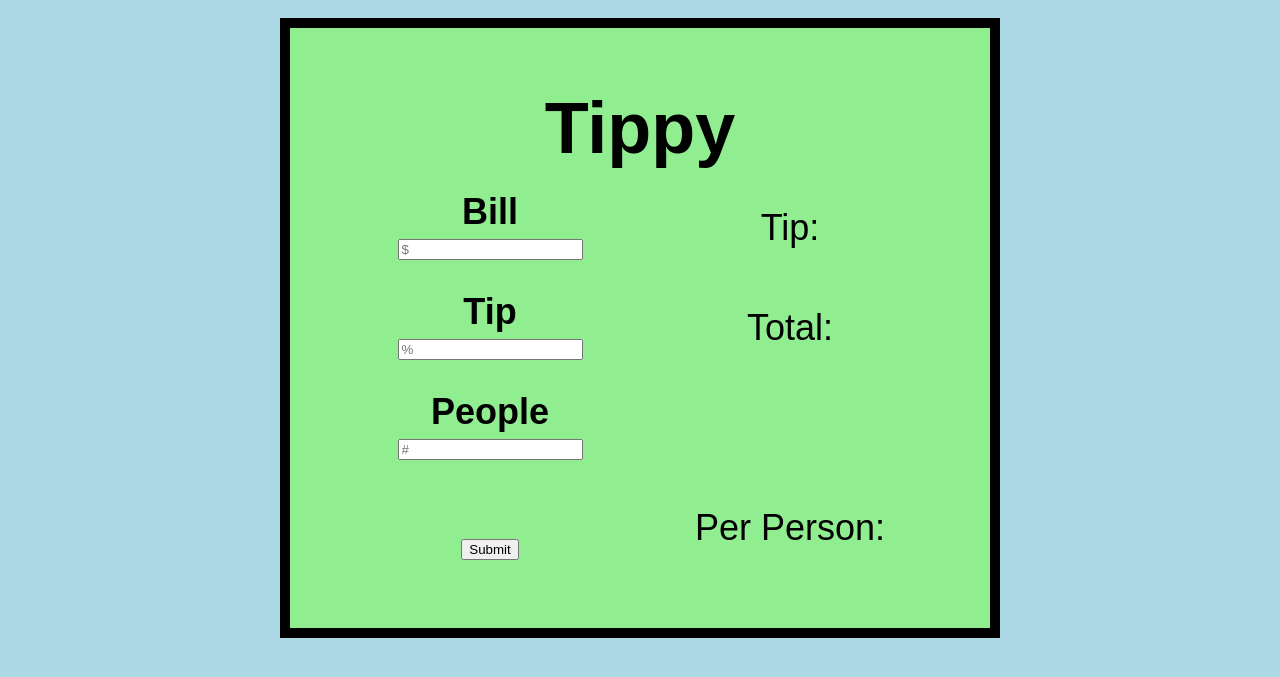
Repository: SamirIngley/Tip-Calculator
Page: tip_display.html
The author's editor kept a copy of each file at every save. The page is drawn from the files as they stood at one save, then again after the next save.
The browser window is 1280 px wide. The pictures show the whole page.

Above is the page before, as saved 2020-02-13 11:11:10.

### tip_display.html
<!DOCTYPE html>
<html lang="en">
<head>
    <meta charset="UTF-8">
    <meta name="viewport" content="width=device-width, initial-scale=1.0">
    <meta http-equiv="X-UA-Compatible" content="ie=edge">
    <link href="style.css" rel="stylesheet">
    <title>Tip Calculator</title>
</head>
<body>

    <form id='form' class='form'>
        <div class='title'>
            <h1>Tippy</h1>
        </div>
        <div class='bill'>
            <label>Bill</label><br>
            <input id='bill' type="number" name="bill" placeholder="$">
        </div>
        <div class='tip'>
            <label>Tip</label><br>
            <input id='tip' type="number" name="tip" placeholder="%">
        </div>
        <div class='numppl'>
            <label>People</label><br>
            <input id='numppl' type="number" name="numppl" placeholder="#">
        </div>
        <div class='submit'><br>
            <input type="submit" name="submit" value="Submit">
        </div>


        <div id='total-display' class="total-disp">
            Total:
        </div>

        <div id='tip-display' class="tip-disp">
            Tip:
        </div>

        <div id='total-pp-display' class="pp-disp">
            Per Person:
        </div>

    </form>

</body>



    <script>

        const inputBill = document.getElementById('bill')
        const inputTip = document.getElementById('tip')
        const inputNumppl = document.getElementById('numppl')
        const form = document.getElementById('form')
        const displayTip = document.getElementById('tip-display')
        const displayTotal = document.getElementById('total-display')
        const displayTotalPP = document.getElementById('total-pp-display')


        function calculateTip() {

            const bill = parseInt(inputBill.value)
            const people = inputNumppl.value
            const percent = inputTip.value
            const tip = bill * percent / 100
            const total = bill + tip
            const totalPP = total / people
            console.log(bill)
            console.log(percent)
            console.log(total)
            console.log(tip)
            console.log(people)
            console.log(totalPP)

            displayTotal.innerHTML = `Total: $${total.toFixed(2)}`
            displayTip.innerHTML = `Tip: $${tip.toFixed(2)}`
            displayTotalPP.innerHTML = `Per Person: $${totalPP.toFixed(2)}`
        }



        form.addEventListener("submit", function(e) {
            e.preventDefault()
            calculateTip()
        })

        // inputBill.addEventListnener('change', function(e) {
        //     console.log(inputBill.value)
        //     const newBillAMount = parseFloat(e.target.value)

        // })

    </script>



</body>
</html>

### style.css
body {
    background-color: lightblue;
    justify-content: center;
    align-items: center;
    /* margin: 100px; */
    /* padding: 100px; */
    display: flex;
}

.form {
    background-color: lightgreen;
    display: grid;
    grid-template-columns: 300px 300px;
    grid-template-rows: repeat(5, 1fr);
    grid-template-areas: "h h"
                         "b d"
                         "t y"
                         "n ."
                         "s p"

}


.form {
    font-family: Arial, Helvetica, sans-serif;
    font-size: 36px;
    font-weight: 2000;
    justify-content: center;
    align-items: center;
    text-align: center;
    height: 500px;
    line-height: 30px;
    margin: 10px;
    padding: 50px;
    border-style: solid;
    border-width: 10px;
    border-color: black;
}

.title {
    grid-area: h;
    line-height: 0px;
}

.bill {
    grid-area: b;
    font-weight: bold;
}

.tip {
    grid-area: t;
    font-weight: bold;
}

.numppl {
    grid-area: n;
    font-weight: bold;
}

.submit {
    grid-area: s;
}


.tip-disp {
    grid-area: d;
}

.total-disp {
    grid-area: y
}

.pp-disp {
    grid-area: p
}

After the next save:
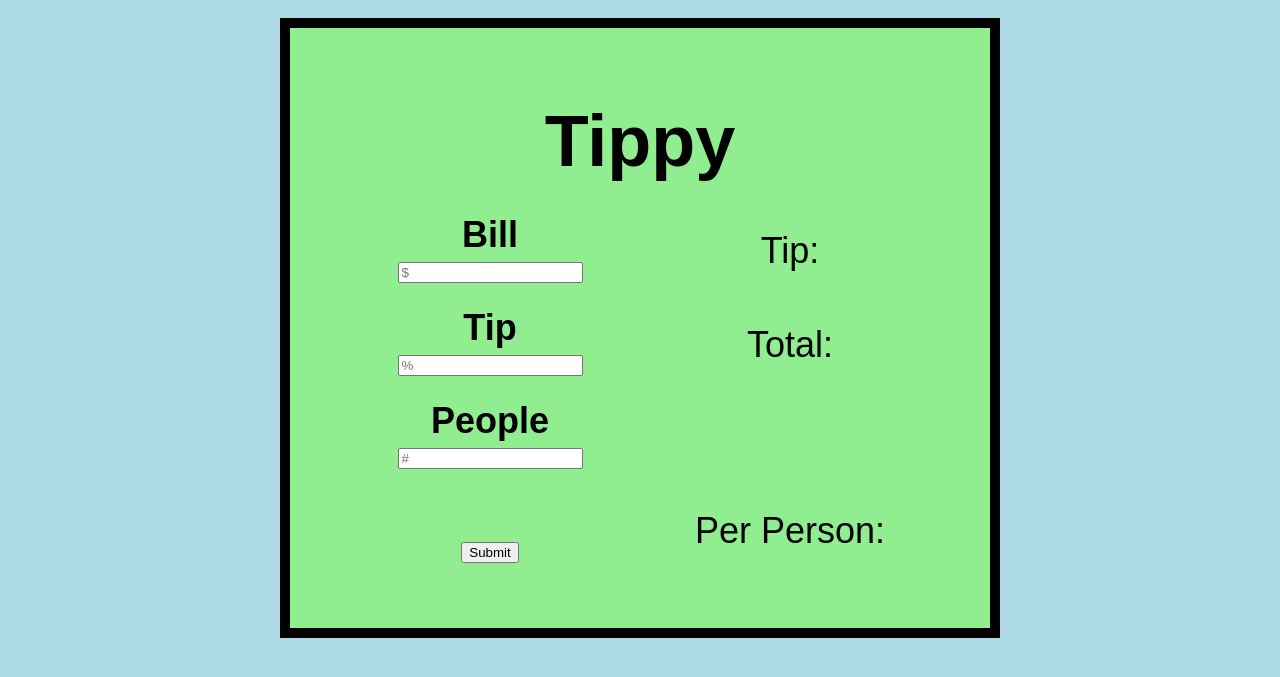
Saved 5 s later.
--- a/style.css
+++ b/style.css
@@ -39,7 +39,6 @@ body {
 
 .title {
     grid-area: h;
-    line-height: 0px;
 }
 
 .bill {
